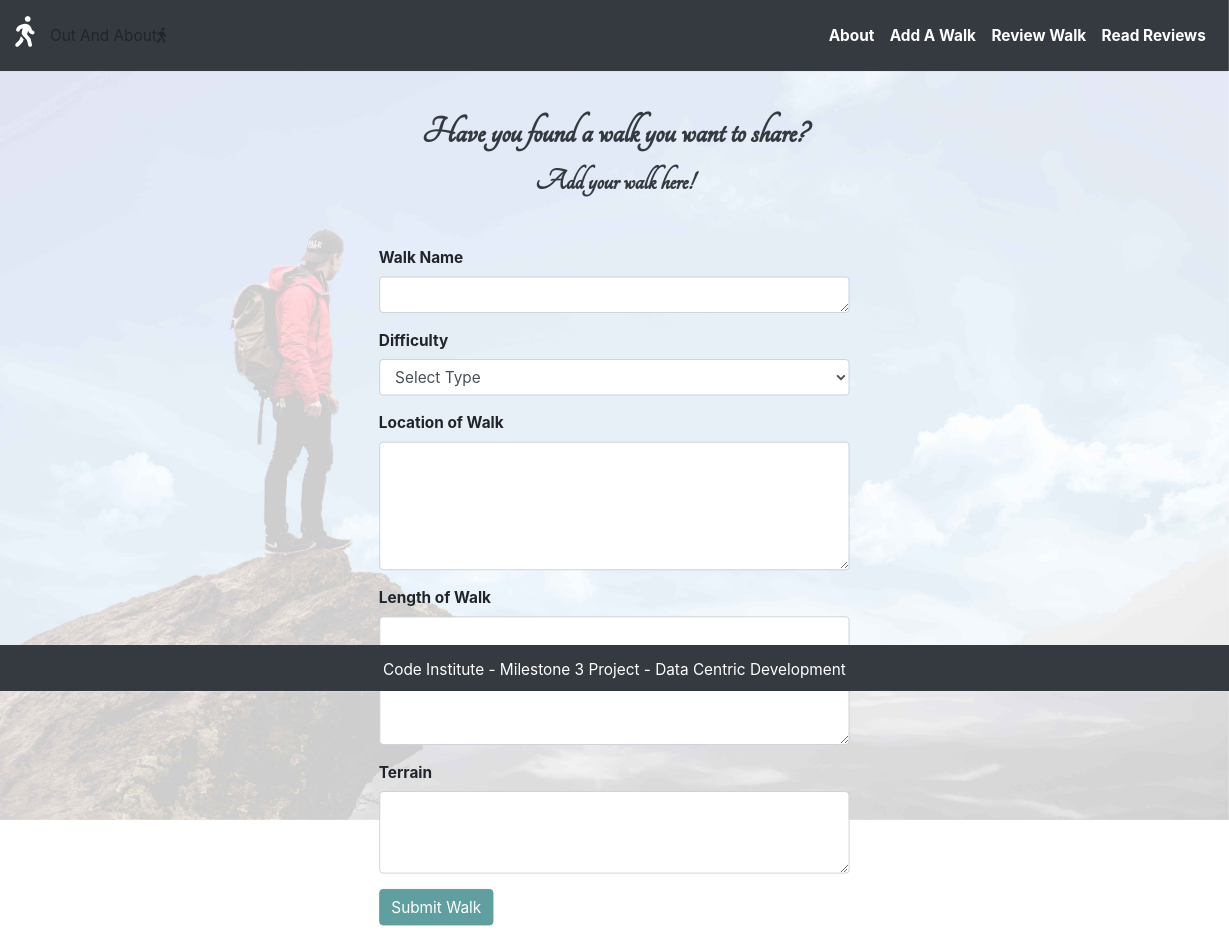
Repository: 5803emma/days-of-walking
Page: http://localhost/add_new_walk
The author's editor kept a record of every edit. The page is drawn from the files as they stood at one moment, then again after the next edit.
The browser window is 1280 px wide. The pictures show the whole page, at 96% of full size.
Some web libraries are served in a nearby version. The page is served by the project's application, run on Flask 3 (app.py).

Above is the page before.

### templates/add_walk.html
{% extends 'base.html' %} {% block content %}

<div class="container-fluid">
    <div class="row justify-content-center">
        <div class="col-10 text-dark welcome-text">
            <h1><strong>Have you found a walk you want to share?</strong></h1>
            <h2><strong>Add your walk here!</strong></h2>
        </div>
    </div>
    <div class="row row-form justify-content-center">
        <div class="col-12 col-md-5">
            <!-- Form fields -->
            <form action="{{url_for('insert_walk')}}" method="POST" class="form_font">
                <div class="form-group font-weight-bolder">
                    <label for="walk_name">Walk Name </label>
                    <textarea class="form-control" id="walk_name" name="walk_name" rows="1" required></textarea>
                </div>
                <div class="form-group font-weight-bolder">
                    <label for="walk_difficulty">Difficulty </label>
                    <select class="form-control" id="walk_difficulty" name="walk_difficulty">
                        <option value="" disabled selected>Select Type</option>
                        <option>Easy</option>
                        <option>Moderate</option>
                        <option>Hard</option>
                    </select>
                </div>
                <div class="form-group font-weight-bolder">
                    <label for="walk_location">Location of Walk</label>
                    <textarea class="form-control" id="walk_location" name="walk_location" rows="5" required></textarea>
                </div>
                <div class="form-group font-weight-bolder">
                    <label for="walk_length">Length of Walk</label>
                    <textarea class="form-control" id="walk_length" name="walk_length" rows="5" required></textarea>
                </div>
                <div class="form-group font-weight-bolder">
                    <label for="walk_terrain">Terrain </label>
                    <textarea class="form-control" id="walk_terrain" name="walk_terrain" rows="3" required></textarea>
                </div>
                <!-- Send button -->
                <button type="submit" class="btn btn-success">Submit Walk</button>
            </form>
        </div>
    </div>
</div>

{% endblock %}

### templates/base.html
<!DOCTYPE html>
<html>

<head>
    <link rel="stylesheet" href="https://stackpath.bootstrapcdn.com/bootstrap/4.4.1/css/bootstrap.min.css">
    <link rel="stylesheet" href="https://cdnjs.cloudflare.com/ajax/libs/font-awesome/5.12.0/css/all.min.css" />
    <link rel="stylesheet" href="{{ url_for('static', filename='css/style.css') }}" type="text/css" />
</head>

<body>
    <header>
        <nav class="navbar navbar-expand-md navbar-dark bg-dark home-logo-text">
            <a class="navbar-brand" href="{{url_for('get_walks')}}"><i
                    class="fas fa-walking"></i></a> Out And About <i
                    class="fas fa-walking"></i></a>
            <button class="navbar-toggler" type="button" data-toggle="collapse" data-target="#navbarNavAltMarkup" aria-controls="navbarNavAltMarkup" aria-expanded="false" aria-label="Toggle navigation">
                <span class="navbar-toggler-icon"></span>
            </button>
            <div class="collapse navbar-collapse" id="navbarNavAltMarkup">
                <div class="navbar-nav ml-auto">
                    <a class="nav-item nav-link" href="{{url_for('about')}}">About</a>
                    <a class="nav-item nav-link" href="{{url_for('add_new_walk')}}">Add A Walk</a>
                    <a class="nav-item nav-link" href="{{url_for('walk_review')}}">Review Walk</a>
                     <a class="nav-item nav-link" href="{{url_for('read_review')}}">Read Reviews</a>
                </div>
            </div>

        </nav>
    </header>

    <!-- Container for injected templates -->
    <div class="container-fluid justify-content-center">


    {% block content %} {% endblock %}

 <!-- Footer -->
  <footer class="bg-dark fixed-bottom">
    <div class="container-fluid">
      <p class="m-0 text-center text-white">Code Institute - Milestone 3 Project - Data Centric Development</p>
    </div>
    <!-- /.container -->
  </footer>

    <script src="https://code.jquery.com/jquery-3.4.1.slim.min.js"></script>
    <script src="https://cdn.jsdelivr.net/npm/popper.js@1.16.0/dist/umd/popper.min.js"></script>
    <script src="https://stackpath.bootstrapcdn.com/bootstrap/4.4.1/js/bootstrap.min.js"></script>
</body>

</html>

### app.py
import os
from flask import Flask, render_template, redirect, request, url_for
from flask_pymongo import PyMongo
from bson.objectid import ObjectId

app = Flask(__name__)

app.config["MONGO_DBNAME"] = 'walking_app'
app.config["MONGO_URI"] = 'mongodb+srv://root:johnbell@myfirstcluster-20lqh.mongodb.net/walking_app?retryWrites=true&w=majority'

mongo = PyMongo(app)

@app.route("/")
@app.route("/get_walks")
def get_walks():
    return render_template("home.html", walks=mongo.db.walks.find())

@app.route("/about")
def about():
    return render_template("about.html")


@app.route("/add_new_walk")
def add_new_walk():
    return render_template("add_walk.html")


@app.route("/insert_walk", methods=['POST'])
def insert_walk():
    walk = mongo.db.walks
    walk.insert_one(request.form.to_dict())
    return redirect(url_for('get_walks'))

# Update Information About Walk

@app.route("/edit_walk/<walk_id>")
def edit_walk(walk_id):
    the_walk = mongo.db.walks.find_one({"_id": ObjectId(walk_id)})
    return render_template("update_walk.html", walk=the_walk)

@app.route("/update_walk/<walk_id>", methods=["POST"])
def update_walk(walk_id):
    walk = mongo.db.walks
    walk.update({'_id': ObjectId(walk_id)}, {
        'walk_name' : request.form.get('walk_name'),
        'walk_location' : request.form.get('walk_location'),
        'walk_length' : request.form.get('walk_length'),
        'walk_difficulty' : request.form.get('walk_difficulty'),
        'walk_terrain' : request.form.get('walk_terrain')
    })
    return redirect(url_for('get_walks'))

# Delete Option

@app.route("/delete_walk/<walk_id>")
def delete_walk(walk_id):
    mongo.db.walks.remove({'_id': ObjectId(walk_id)})
    return redirect(url_for('get_walks'))

@app.route("/leave_review")
def walk_review():
    return render_template("walk_review.html", walks=mongo.db.walks.find())

# Sends the data that the user inserts to the database

@app.route("/gym_review", methods=['POST'])
def insert_review():
    review = mongo.db.reviews
    review.insert_one(request.form.to_dict())
    return redirect(url_for('gym_review'))


@app.route("/read_review")
def read_review():
    return render_template("read_reviews.html", reviews=mongo.db.reviews.find())

if __name__ == "__main__":
    app.run(host=os.environ.get("IP"),
    port=int(os.environ.get("PORT")),
    debug=True)

### static/css/style.css
@import url('https://fonts.googleapis.com/css?family=Tangerine&display=swap');

html,
body {
    background-image: url(../images/bg-image.jpg);
    background-repeat: no-repeat;
    height: 100vh;
    width: 100%;
    position: relative;
    background-size: cover;
    clear: both;
}


.container {
    display: flex;
}

.navbar-dark {
    background-color: #152238;
}

.navbar-dark .navbar-brand {
    color: #fff;
    font-weight: bold;
    font-family: "Tangerine", cursive, sans-serif;
    font-size: 2rem;
}

.navbar-dark .navbar-nav .nav-link {
    color: #fff;
    font-weight: bold;
}

h1,
h2 {
    text-align: center;
    font-family: "Tangerine", cursive, sans-serif;
}

.jumbotron {
    margin-top: 2rem;
    padding: 2rem 1rem;
    margin-bottom: 2rem;
    color: #ffffff;
    background-color: #152238;
    border-radius: .3rem;
}

.display-4 {
    font-size: 3.5rem;
    font-weight: 300;
    line-height: 1.2;
    font-family: "Tangerine", cursive, sans-serif;
}

.row {
    margin-top: 1rem;
    margin-bottom: 1rem;
}

.media-body {
    margin-top: 10px;
}

.btn-success {
    color: #fff;
    background-color: #5F9F9F;
    border-color: #5F9F9F;
    margin-bottom: 20px;
}

.fixed-bottom {
    position: fixed;
    right: 0;
    bottom: 0;
    left: 0;
    z-index: 1030;
    height: 3rem;
    padding-top: 0.8rem;
    background-color: #152238;
}


@media only screen and (max-width: 550px) {
    .table {
        font-size: 9px;
        font-weight: bold;
    }
    .btn-sm {
        font-size: 9px;

    }
    .table-data {
        padding-right: 1px;
        padding-left: 1px;
    }
}

.row-review {
    margin-top: 25px;
    background-color: rgba(245, 246, 250, 1.0);
}


.text-dark {
    color: #343a40;
    padding: 1em;
    margin: 0.5em;
}

After the next edit:
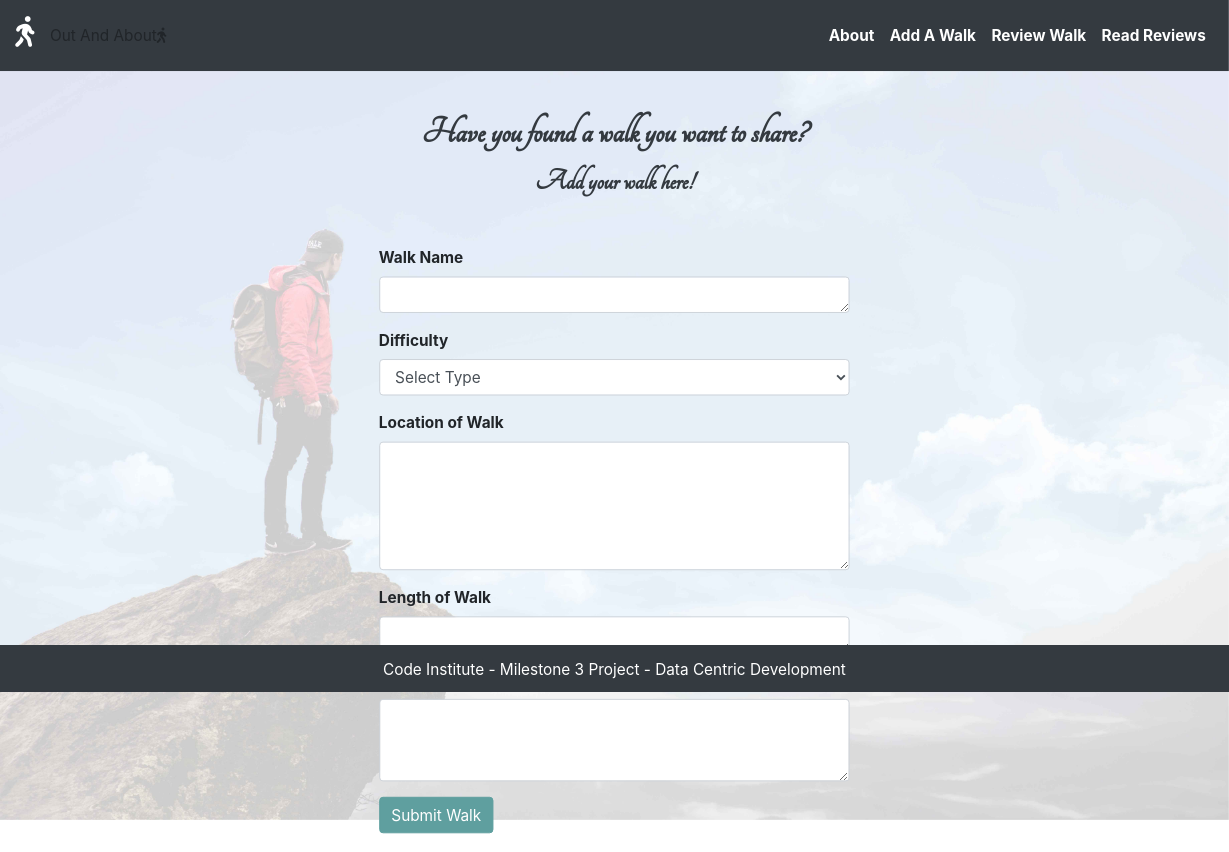
The edit:
--- a/templates/add_walk.html
+++ b/templates/add_walk.html
@@ -30,7 +30,7 @@
                 </div>
                 <div class="form-group font-weight-bolder">
                     <label for="walk_length">Length of Walk</label>
-                    <textarea class="form-control" id="walk_length" name="walk_length" rows="5" required></textarea>
+                    <textarea class="form-control" id="walk_length" name="walk_length" rows="1" required></textarea>
                 </div>
                 <div class="form-group font-weight-bolder">
                     <label for="walk_terrain">Terrain </label>
